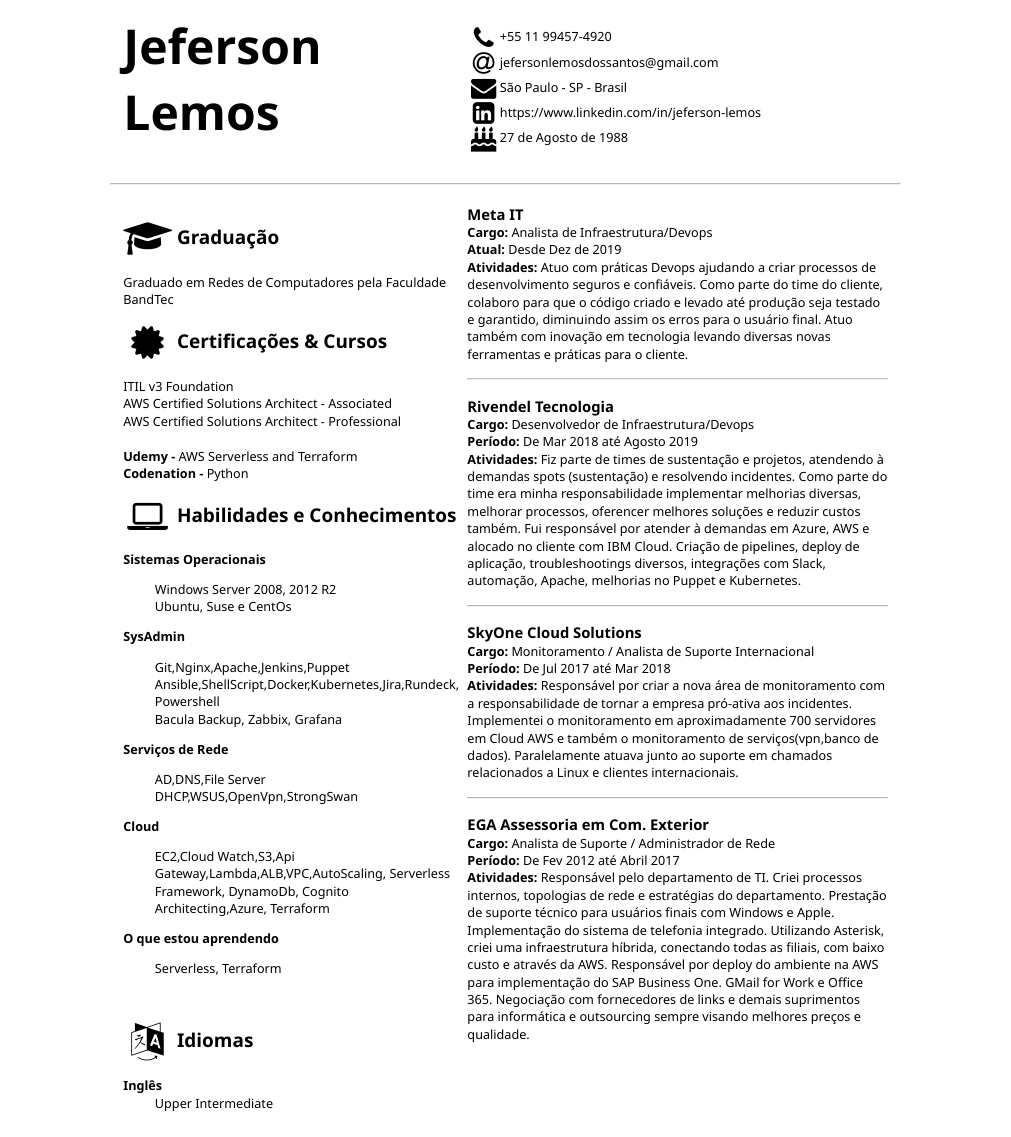
Repository: jefersonlemos/Resume-pt
Page: index.html
The author's editor kept a copy of each file at every save. The page is drawn from the files as they stood at one save, then again after the next save.
The browser window is 1280 px wide. The pictures show the whole page, at 79% of full size.

Above is the page before, as saved 2020-06-15 12:01:02.

After the next save:
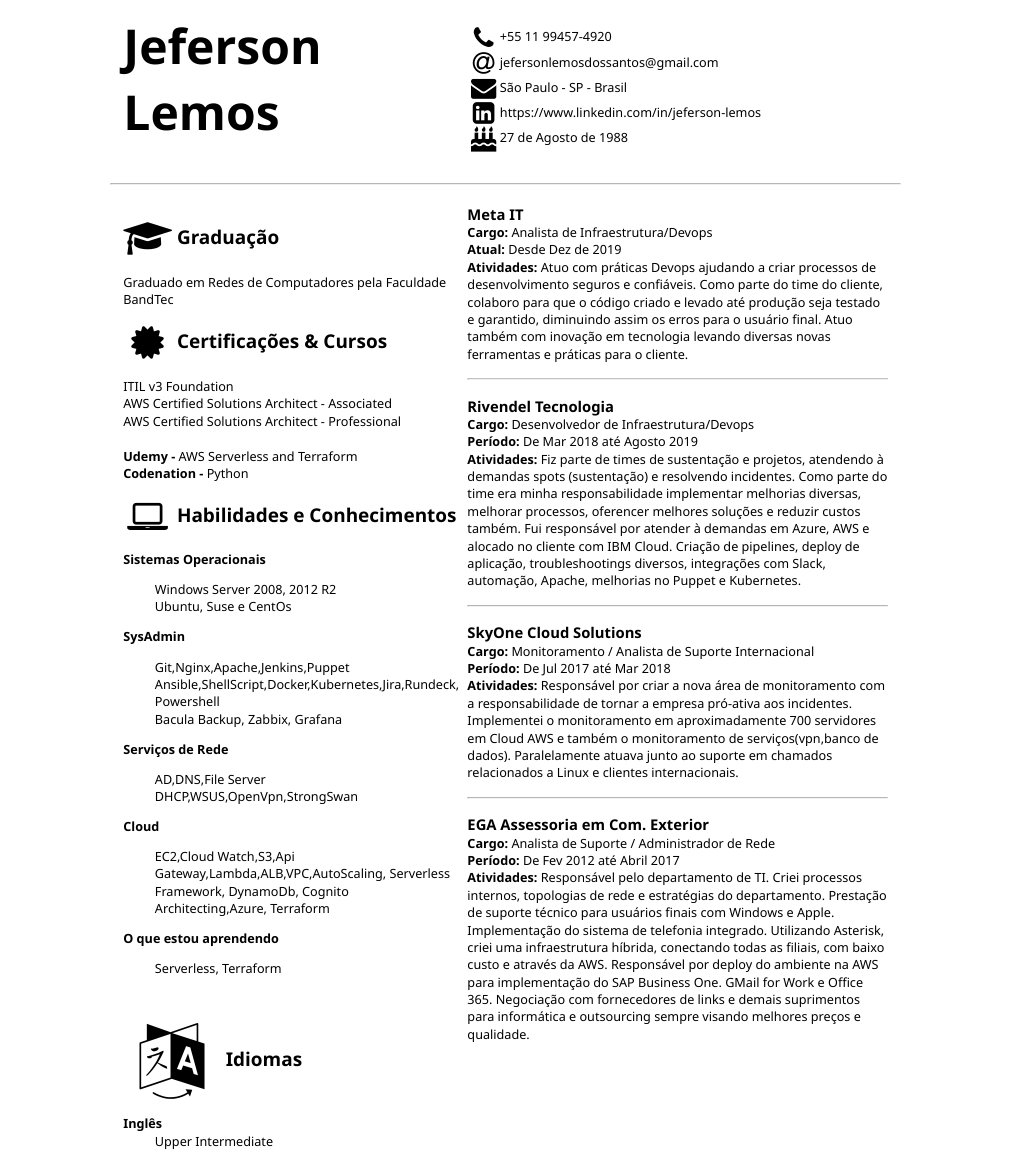
Saved 55 s later.
--- a/index.html
+++ b/index.html
@@ -96,7 +96,7 @@
                 </article>
                 <br />
                 <article>
-                    <h2><i class="fa fa-fw fa-2x fa-language"></i> Idiomas</h2>
+                    <h2><i class="fa fa-fw fa-4x fa-language"></i> Idiomas</h2>
                     <dl>
                         <dt>Inglês</dt>
                         <dd>Upper Intermediate</dd>
